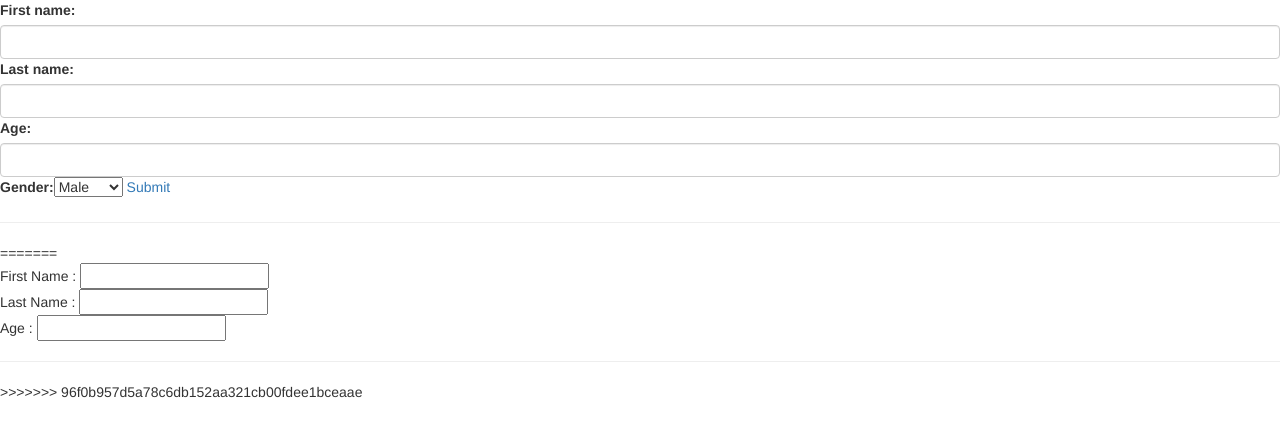
Repository: pparaska/Important
Page: http://localhost/website/WEB-INF/jsp/PassengerDetails.jsp
An editor plug-in stored every save of this project. The page is shown before and after the next save, followed by the edit.
The browser window is 1280 px wide. The pictures show the whole page.
The page is served by Tomcat 9. Nobody is signed in. Other server files are loaded and not shown. The template is opened directly, without the code that normally fills it, so the values that code supplies are empty.

Above is the page before, as saved 2019-02-15 09:09:31.
Console error: SyntaxError: Unexpected token ','

### Tripweb/website/src/main/webapp/WEB-INF/jsp/PassengerDetails.jsp
<%@ page language="java" contentType="text/html; charset=ISO-8859-1"
	pageEncoding="ISO-8859-1"%>
<!DOCTYPE html>
<html lang="en">
<head>
<title>Bootstrap Example</title>
<meta charset="utf-8">
<meta name="viewport" content="width=device-width, initial-scale=1">
<link rel="stylesheet"
	href="https://maxcdn.bootstrapcdn.com/bootstrap/3.4.0/css/bootstrap.min.css">
<script
	src="https://ajax.googleapis.com/ajax/libs/jquery/3.3.1/jquery.min.js"></script>
<script
	src="https://maxcdn.bootstrapcdn.com/bootstrap/3.4.0/js/bootstrap.min.js"></script>
</head>
<body>
	<form action="passengerDetails">
		<div id="passengers">

			<!--  First Name : <input type="text"  id=""/> <br />
      Last Name : <input type="text" id=""  /><br />
      Age : <input type="text" id=""  />  -->
			<tr>
				<td><label for="fName">First name:</label> <input type="text"
					class="form-control" id="fName"></td>
				<td><label for="lName">Last name:</label> <input type="text"
					class="form-control" id="lName"></td>
			</tr>
			<tr>
				<td><label for="age">Age: </label> <input type="number"
					class="form-control" id="age"></td>
				<td><label for="Gender">Gender:</label><select name="Gender"><option
							value="Male">Male</option>
						<option value="Female">Female</option>
						<option value="Other">Other</option></select> <!-- <button type="submit" <a href="bookingInformation"
				class="btn btn-primary">Submit</button> --></td>
			</tr>
			<a href="bookingInformation">Submit</a>
			<hr>
		</div>
	</form>
=======
  <form>
    <div id="passengers">

      First Name : <input type="text"  id=""/> <br />
      Last Name : <input type="text" id=""  /><br />
      Age : 	  <input type="text" id=""  />
    <hr>
    </div>
  </form>
>>>>>>> 96f0b957d5a78c6db152aa321cb00fdee1bceaae


	<script type="text/javascript">
    var participantsField = document.getElementById("passengers"),
        form = document.getElementsByTagName("form")[0],
        ContestantNum =  ${numberOf},i;
    for(i=1; i<ContestantNum; i++){
      var clone = participantsField.cloneNode(true);
      form.appendChild(clone);
    }
  </script>
</body>
</html>

After the next save:
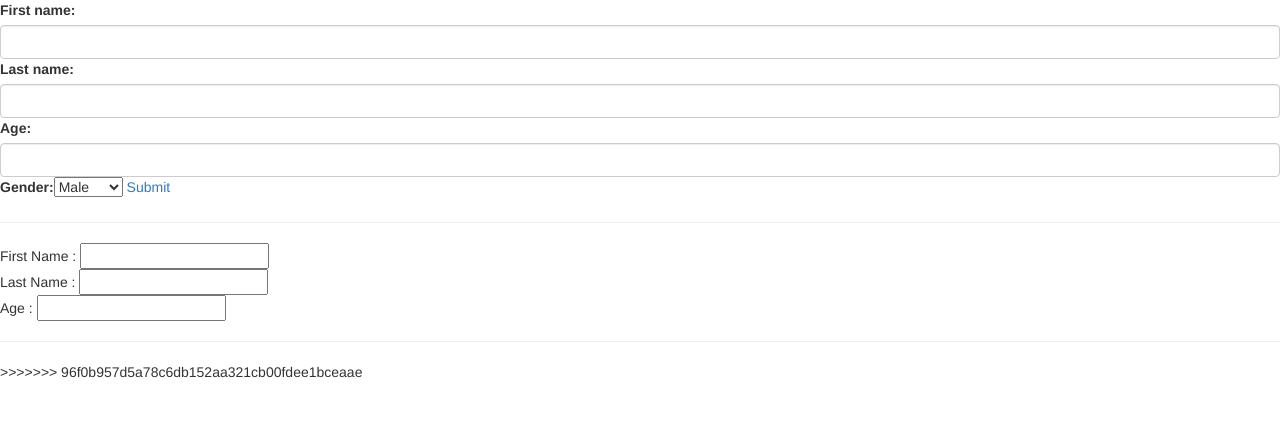
Saved 6 s later.
--- a/Tripweb/website/src/main/webapp/WEB-INF/jsp/PassengerDetails.jsp
+++ b/Tripweb/website/src/main/webapp/WEB-INF/jsp/PassengerDetails.jsp
@@ -39,7 +39,6 @@
 			<hr>
 		</div>
 	</form>
-=======
   <form>
     <div id="passengers">
 
